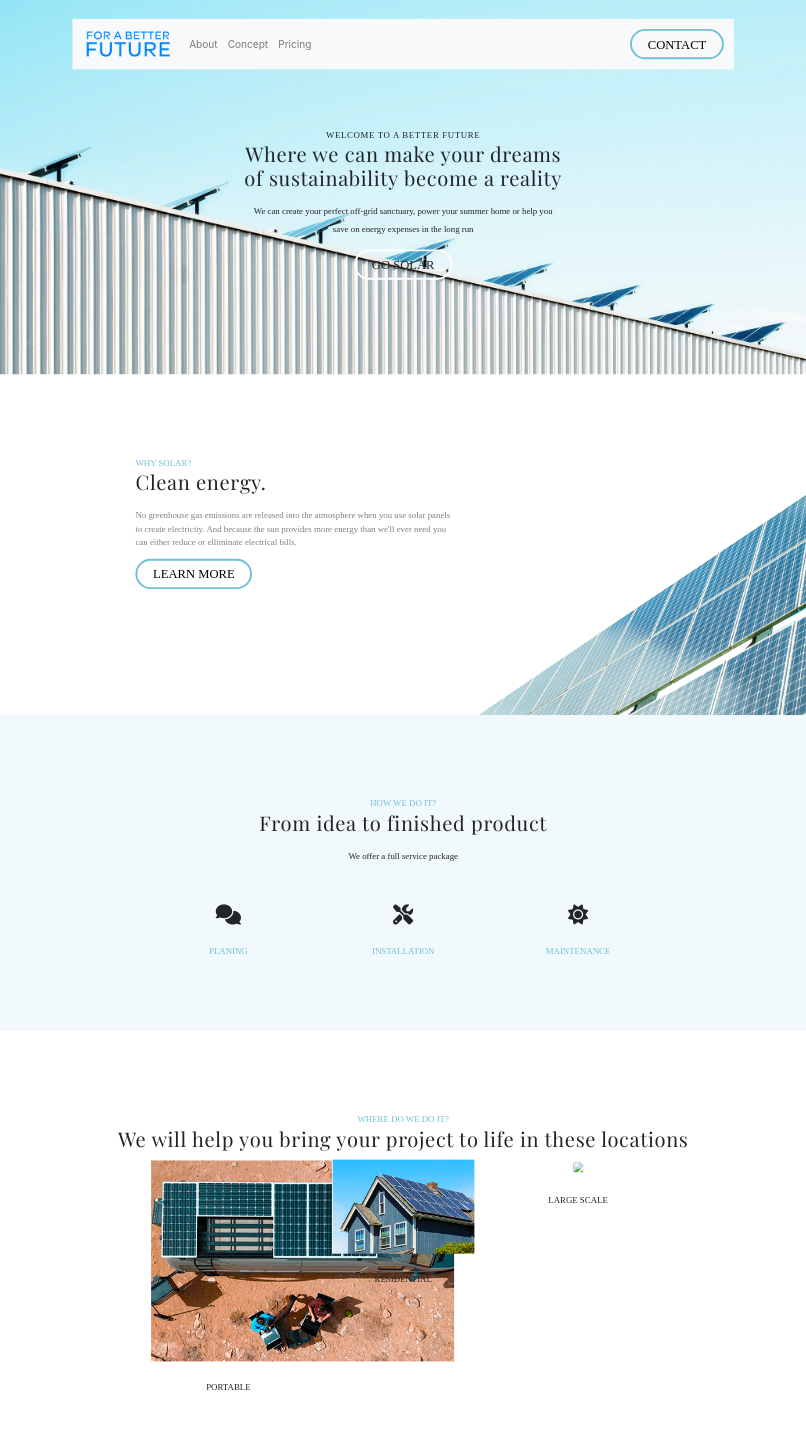
Repository: sabinemm/fabf
Page: index.html
The author's editor kept a record of every edit. The page is drawn from the files as they stood at one moment, then again after the next edit.
The browser window is 1280 px wide. The pictures show the whole page, at 63% of full size.
Backgrounds fixed to the window are drawn as part of the page. Some web fonts or font styles are not loaded; a fallback is used. Some web libraries are served in a nearby version.

Above is the page before.
Not found: largescale.png

### index.html
<!DOCTYPE html>
<html lang="en">

<head>
    <meta charset="UTF-8">
    <meta name="viewport" content="width=device-width, initial-scale=1.0">
    <meta http-equiv="X-UA-Compatible" content="ie=edge">
    <link rel="stylesheet" href="style.css" type="text/css" />
    <link rel="stylesheet" href="https://stackpath.bootstrapcdn.com/bootstrap/4.3.1/css/bootstrap.min.css" integrity="sha384-ggOyR0iXCbMQv3Xipma34MD+dH/1fQ784/j6cY/iJTQUOhcWr7x9JvoRxT2MZw1T" crossorigin="anonymous">
    <link rel="stylesheet" media="screen" href="https://fontlibrary.org/face/roundo" type="text/css" />
    <link rel="stylesheet" media="screen" href="https://fontlibrary.org/face/source-sans-pro" type="text/css" />
    <link href="https://fonts.googleapis.com/css?family=Playfair+Display&display=swap" rel="stylesheet">
    <script src="https://kit.fontawesome.com/7e530e9396.js"></script>
    <title>FOR A BETTER FUTURE</title>
</head>

<body>

    <!–-----– NAVBAR ------->

    <div class="container">
        <nav class="navbar navbar-fixed-top navbar-expand-lg navbar-light bg-light">
            <a class="navbar-brand" href="#">
          <img src="img/logo.svg" height="50px"alt="logo">
        </a>
            <button class="navbar-toggler" type="button" data-toggle="collapse" data-target="#navbarText" aria-controls="navbarText" aria-expanded="false" aria-label="Toggle navigation">
    <span class="navbar-toggler-icon"></span>
  </button>
            <div class="collapse navbar-collapse justify-content-center" id="navbarText">
                <ul class="navbar-nav mr-auto">
                    <li class="nav-item">
                        <a class="nav-link" href="#">About</a>
                    </li>
                    <li class="nav-item">
                        <a class="nav-link" href="#">Concept</a>
                    </li>
                    <li class="nav-item">
                        <a class="nav-link" href="#">Pricing</a>
                    </li>
                </ul>
                <span class="navbar-text">
          <button type="button" class="btn btn-blue-border">CONTACT</button>
    </span>
            </div>
        </nav>
    </div>

    <!–-----– FIRST SECTION ------->

    <section id="parallax">
        <div class="container">
            <div class="ltitle text-center">
                <p class="uppercase stitle">WELCOME TO A BETTER FUTURE</p>
                <h2> Where we can make your dreams <br> of sustainability become a reality </h2>
                <p class="tparagraph"> We can create your perfect off-grid sanctuary, power your summer home or help you <br> save on energy expenses in the long run</p>
                <button type="button" class="btn  btn-transp-white-border">GO SOLAR</button>
            </div>
        </div>
    </section>

    <!–-----– SECOND SECTION ------->

    <section id="clean">
        <div class="container container-fluid section-2">
            <div class="row">
                <div class="col col-md-6">
                    <p class="uppercase stitle stitle-blue">WHY SOLAR?</p>
                    <h2 class="ltitle ltitle2"> Clean energy.</h2>
                    <p class="tparagraph tparagraph2"> No greenhouse gas emissions are released into the atmosphere when you use solar panels to create electricity. And because the sun provides more energy than we'll ever need you can either reduce or elliminate electrical bills. </p>
                    <button type="button" class="btn btn-blue-border">LEARN MORE</button>

                </div>
            </div>

            <div class="container">
                <div class="col col-md-6 offset-md-6">
                    <img src="img/sidepanel.png" class="sidepanel"></img>
                </div>
            </div>
        </div>

    </section>

    <!–-----– THIRD SECTION ------->

    <section id="idea">
        <div class="idea-title text-center">
            <p class="uppercase stitle stitle-blue">HOW WE DO IT?</p>
            <h2 class="ltitle ltitle2"> From idea to finished product</h2>
            <p class="tparagraph">We offer a full service package</p>

        </div>
        <div class="container container-fluid ">
            <div class="row m-auto text-center justify-content-center">
                <div class=" col-sm-3 col-md-3">
                   <div class="icons"><i class="fas fa-comments fa-2x"></i></div>
                     <p class="uppercase stitle stitle-blue stitlen">PLANING</p>
                </div>
                <div class="col-sm-3 col-md-3">
                    <div class="icon"><i class="fas fa-tools fa-2x"></i></div>
                     <p class="uppercase stitle stitle-blue stitlen">INSTALLATION</p>
                </div>
                <div class="col-sm-3 col-md-3">
                    <div class="icon"><i class="fas fa-sun fa-2x"></i></div>
                     <p class="uppercase stitle stitle-blue stitlen">MAINTENANCE</p>
                </div>
            </div>

        </div>

    </section>

 <!–-----– FOURTH SECTION ------->

     <section id="where">
        <div class=" text-center">
            <p class="uppercase stitle stitle-blue">WHERE DO WE DO IT?</p>
            <h2 class="ltitle ltitle2">We will help you bring your project to life
in these locations</h2>


        </div>
        <div class="container container-fluid ">
            <div class="row m-auto text-center justify-content-center">
                <div class=" col-sm-3 col-md-3">
                   <img src="img/portable.png"></img>
                     <p class="uppercase stitle stitlen">PORTABLE</p>
                </div>
                <div class="col-sm-3 col-md-3">
                    <img class="whereimg" src="img/residential.png"></img>
                     <p class="uppercase stitle stitlen">RESIDENTIAL</p>
                </div>
                <div class="col-sm-3 col-md-3">
                    <img  class="whereimg" src="largescale.png"></img>
                     <p class="uppercase stitle stitlen">LARGE SCALE</p>
                </div>
            </div>

        </div>

    </section>

</body>

</html>

### style.css

/*-------------------navbar------------------*/

.navbar {
    margin-top: 30px;
    margin-left: 30px;
    margin-right: 30px;

}

@media (max-width:536px) {
    .navbar {
        margin-top: 15px;
        margin-left: 10px;
        margin-right: 10px;
    }
}

/*-------------------Buttons------------------*/

.btn-transp-white-border,
.btn-transp-white-border:hover,
.btn-transp-white-border:active,
.btn-transp-white-border:visited,
.btn-transp-white-border:active:focus,
.btn-transp-white-border:focus {
    background-color: rgba(0, 0, 0, 0);
    border: solid 3px white !important;
    border-radius: 30px !important;
    color: white;
    text-align: center;
    text-decoration: none;
    display: inline-block;
    font-size: 20px !important;
    font-family: 'SourceSansProRegular';
    padding-left: 25px !important;
    padding-right: 25px !important;
}


.btn-transp-white-border:hover {
    background-color: rgba(255, 255, 255, 0.5);
    padding-left: 25px;
    padding-right: 25px;
}


.btn-blue-border,
.btn-blue-border:hover,
.btn-blue-border:active,
.btn-blue-border:visited,
.btn-blue-border:active:focus,
.btn-blue-border:focus {
    background-color: rgba(0, 0, 0, 0) !important;
    border: solid 3px rgb(112, 192, 214) !important;
    border-radius: 30px !important;
    color: black !important;
    text-align: center;
    text-decoration: none;
    display: inline-block;
    font-size: 20px !important;
    font-family: 'SourceSansProRegular';
    padding-left: 25px !important;
    padding-right: 25px!important;
}

.btn-blue-border:hover {
    background-color: rgba(112, 192, 214, 0.5) !important;
    padding-left: 25px;
    padding-right: 25px;
}


/*-------------------SECTION 1 PAGE 1------------------*/

#parallax {
    background: url(img/1page1section.jpg);
    background-attachment: fixed;
    background-position: bottom;
    background-repeat: no-repeat;
    background-size: cover;
    margin-top: -110px;
}

@media (max-width:536px) {
    #parallax {
        margin-top: -110px;
    }
}

.stitle {
    font-size: 14px;
    font-family: 'RoundoRegular';
    font-weight: 500;
    font-style: normal;
    margin-bottom: -5px;
}

.ltitle {
    padding-top: 200px;
    font-family: 'Playfair Display';
    letter-spacing: 1px;
    line-height: 30px;
    padding-bottom: 150px;
}

@media (max-width:768px) {
    .ltitle {
        padding-top: 150px;
        padding-bottom: 100px;
    }
}

.tparagraph {
    padding-top: 10px;
    font-family: 'SourceSansProRegular';
    font-weight: normal;
    font-style: normal;
    font-size: 14px;
    letter-spacing: 0;
}

@media (max-width:768px) {
    br {
        display: none !important;
        visibility: hidden;
    }
}

/*-------------------SECTION 2 PAGE 1------------------*/
#clean {
    padding-left: 0;
}
@media (min-width:768px) {
#clean {
    padding-left: 200px;
}
}


.stitle-blue {
    color:rgb(112, 192, 214);
    padding-top: 70px;

}

@media (min-width:768px) {
    .stitle-blue {
        padding-top: 130px;
    }
}

.ltitle2 {
padding-top: 10px;
padding-bottom: 10px;
}

.tparagraph2 {
    color: gray;

}

.section-2 {
  padding-bottom: 100px;
}

.sidepanel {
position:relative;
float: right;
height:400px;
margin-top: -150px;
margin-right: -45px;
z-index: -1;
}

/*-------------------SECTION 3 PAGE 1------------------*/

#idea {
    background-color: rgb(242, 249,252);
     padding-bottom: 70px;
}

.idea-title {;
    padding-bottom: 50px;
    margin-top: 100px;
}


.stitlen {
    padding-top: 30px;
    padding-bottom: 50px;
}


/*-------------------SECTION 4 PAGE 1------------------*/

.whereimg {
    height: 150px;
}

.wheretitle {
    padding-top: 20px;
    padding-bottom: 30px;
}


#where {
    padding-bottom: 30px;
}



/*-------------------FOOTER------------------*/

After the next edit:
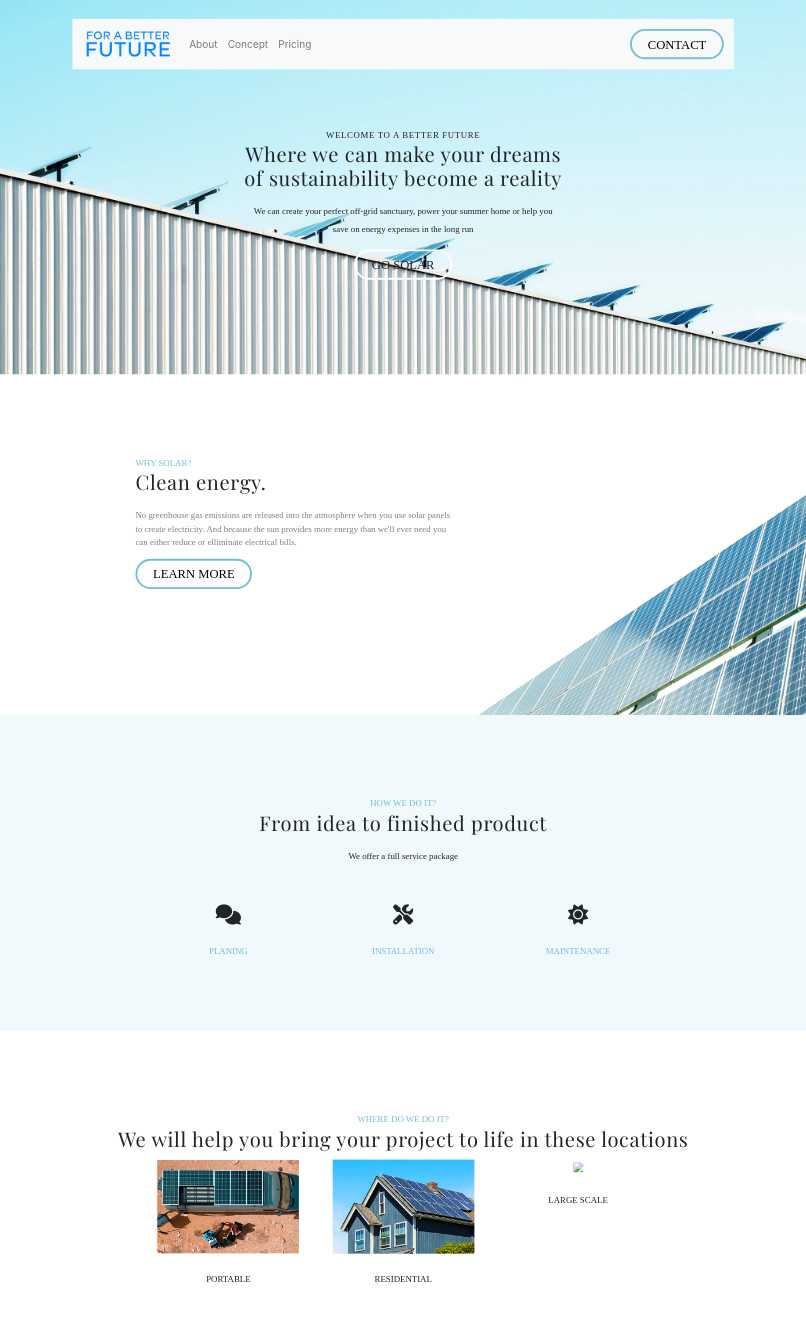
The edit:
--- a/index.html
+++ b/index.html
@@ -123,7 +123,7 @@
         <div class="container container-fluid ">
             <div class="row m-auto text-center justify-content-center">
                 <div class=" col-sm-3 col-md-3">
-                   <img src="img/portable.png"></img>
+                   <img class="whereimg"src="img/portable.png"></img>
                      <p class="uppercase stitle stitlen">PORTABLE</p>
                 </div>
                 <div class="col-sm-3 col-md-3">
